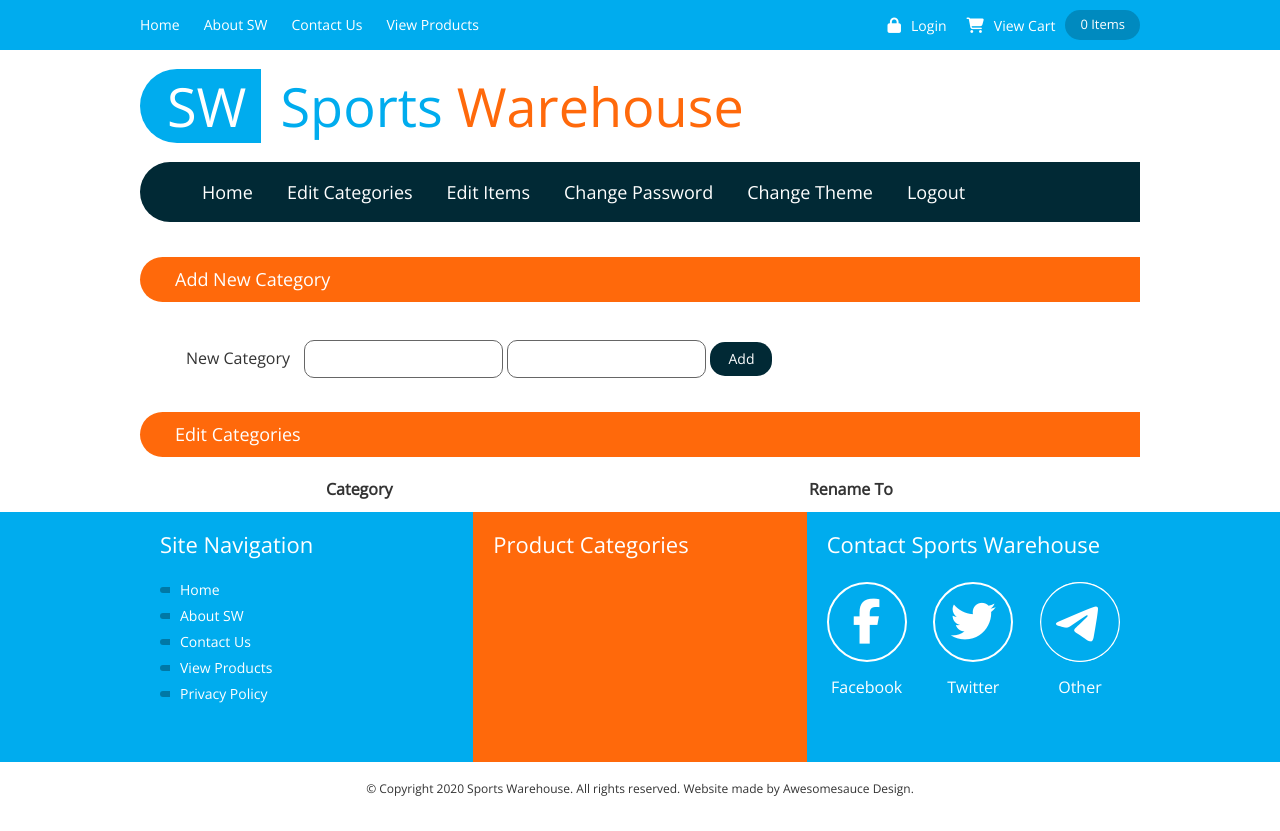
Repository: TonyHoukun-2022/sportswarehouse-php
Page: http://localhost/editCategories.php
These files come from the project's save history. The page is drawn as it stood at one moment and after the next save; the edit follows.
The browser window is 1280 px wide. The pictures show the whole page.
Some web libraries are served in a nearby version. The page is run by PHP 8.4 with error messages shown; the project is at /var/www/html/. The session is filled in as if someone had signed in: {"username": "testuser"}. Queries for data that is not in the repository find no rows.

Above is the page before, as saved 2021-11-07 23:34:04.

After the next save:
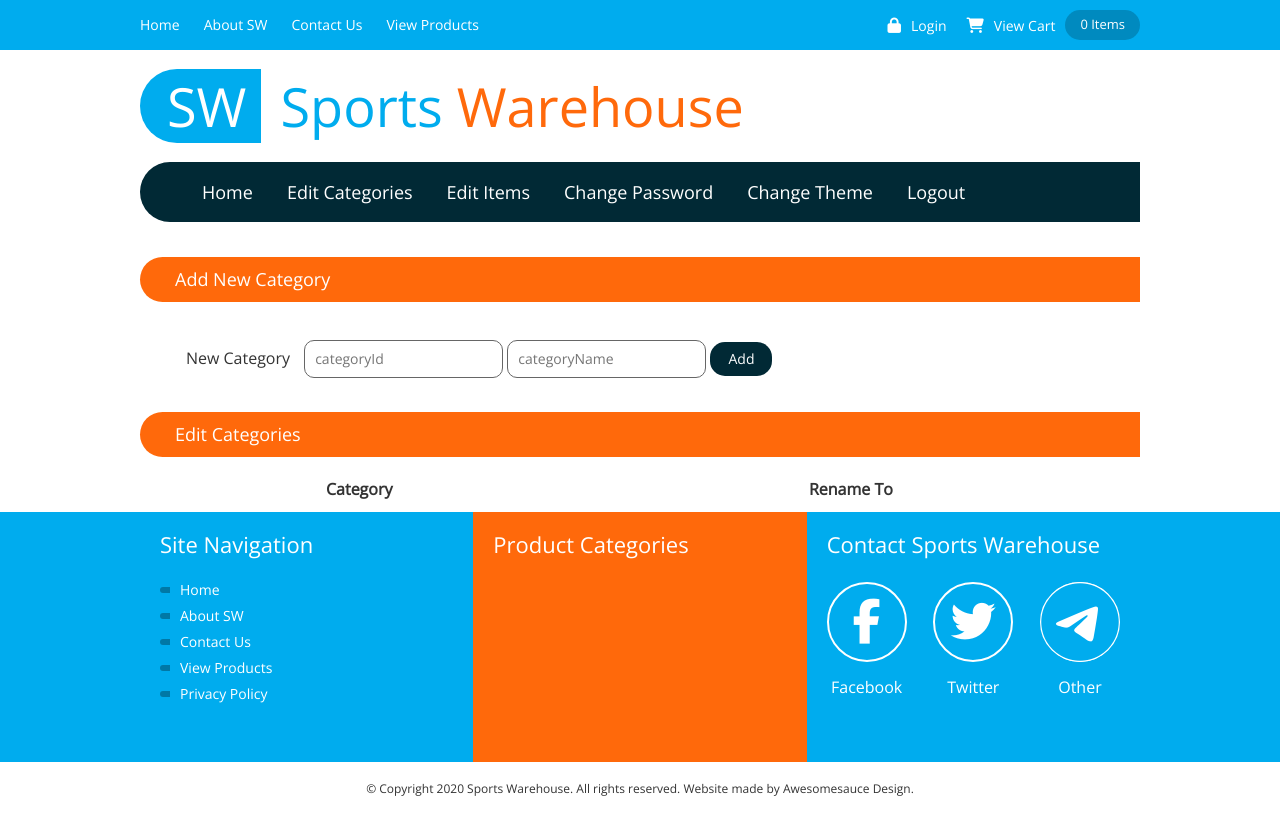
Saved 101 s later.
--- a/templates/editCategories.html.php
+++ b/templates/editCategories.html.php
@@ -8,10 +8,10 @@
       <label for="newCategory">New Category</label>
     </span>
     <span>
-      <input type="text" id="newCategoryId" name="newCategoryId" required>
+      <input type="text" id="newCategory" name="newCategoryId" placeholder="categoryId" required>
     </span>
     <span>
-      <input type="text" id="newCategory" name="newCategory" required>
+      <input type="text" id="newCategory" name="newCategoryCategoryName" placeholder="categoryName" required>
     </span>
     <span>
       <input class="edit-category" type="submit" name="addNew" value="Add">
